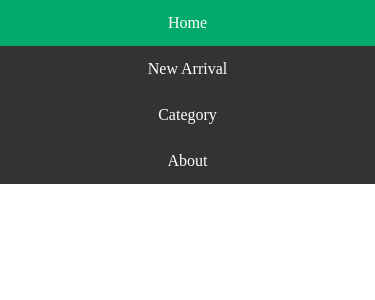
Repository: RPSKumara/DPEdudationPyhton
Page: ResponsiveWebAssigment/index.html
These files come from the project's save history. The page is drawn as it stood at one moment and after the next save; the edit follows.
The browser window is 375 px wide. The pictures show the whole page.

Above is the page before, as saved 2022-04-22 14:00:26.

After the next save:
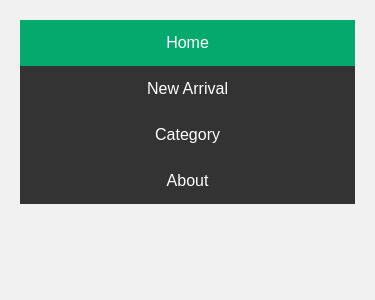
Saved 48 s later.
--- a/ResponsiveWebAssigment/style.css
+++ b/ResponsiveWebAssigment/style.css
@@ -42,3 +42,61 @@ ul.navigationBar li.right {
 	}
 }
 /* ------------------ Style for Image Viewer ------------------ */
+* {
+	box-sizing: border-box;
+}
+
+body {
+	background-color: #f1f1f1;
+	padding: 20px;
+	font-family: Arial;
+}
+
+/* Center website */
+.imageMainContain {
+	max-width: 1000px;
+	margin: auto;
+}
+
+.imageRow {
+	margin: 8px -16px;
+}
+
+/* Add padding BETWEEN each imageColumn */
+.imageRow,
+.imageRow > .imageColumn {
+	padding: 8px;
+}
+
+/* Create four equal imageColumns that floats next to each other */
+.imageColumn {
+	float: left;
+	width: 25%;
+}
+
+/* Clear floats after imageRows */
+.imageRow:after {
+	imageContent: '';
+	display: table;
+	clear: both;
+}
+
+/* imageContent */
+.imageContent {
+	background-color: white;
+	padding: 10px;
+}
+
+/* Responsive layout - makes a two imageColumn-layout instead of four imageColumns */
+@media screen and (max-width: 900px) {
+	.imageColumn {
+		width: 50%;
+	}
+}
+
+/* Responsive layout - makes the two imageColumns stack on top of each other instead of next to each other */
+@media screen and (max-width: 600px) {
+	.imageColumn {
+		width: 100%;
+	}
+}
